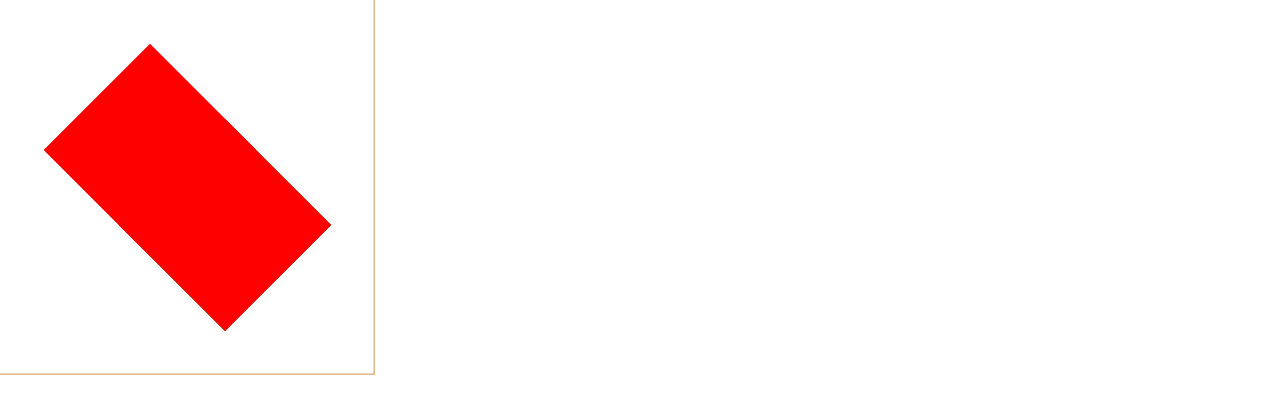
Repository: Lixianlai-2/Css-practice
Page: CSS动画/跳动的心/index.html
An editor plug-in stored every save of this project. The page is shown before and after the next save, followed by the edit.
The browser window is 1280 px wide. The pictures show the whole page.

Above is the page before, as saved 2021-12-09 11:27:13.

After the next save:
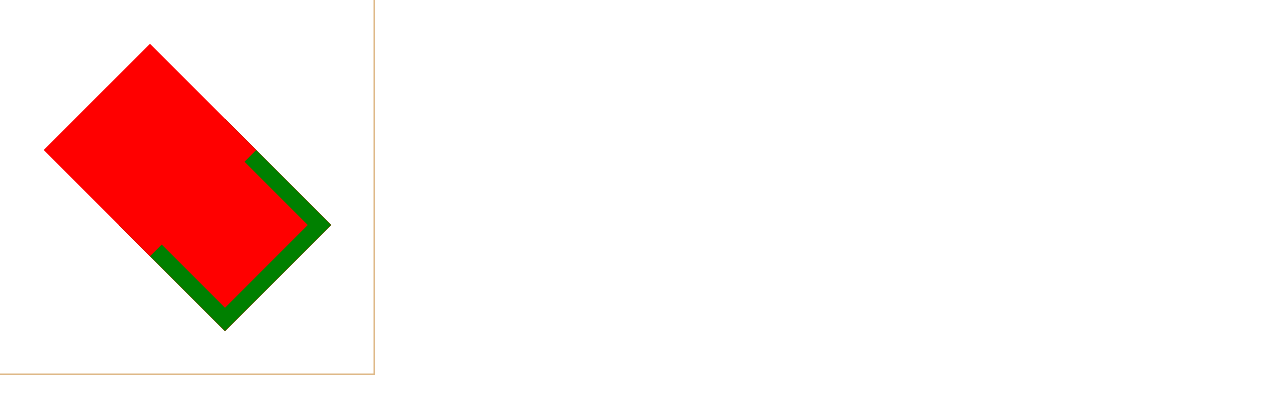
Saved 10 s later.
--- a/CSS动画/跳动的心/style.css
+++ b/CSS动画/跳动的心/style.css
@@ -23,6 +23,7 @@
   background-color: red;
 }
 .right {
+  border: 11px solid green;
   position: absolute;
   width: 100px;
   height: 100px;
